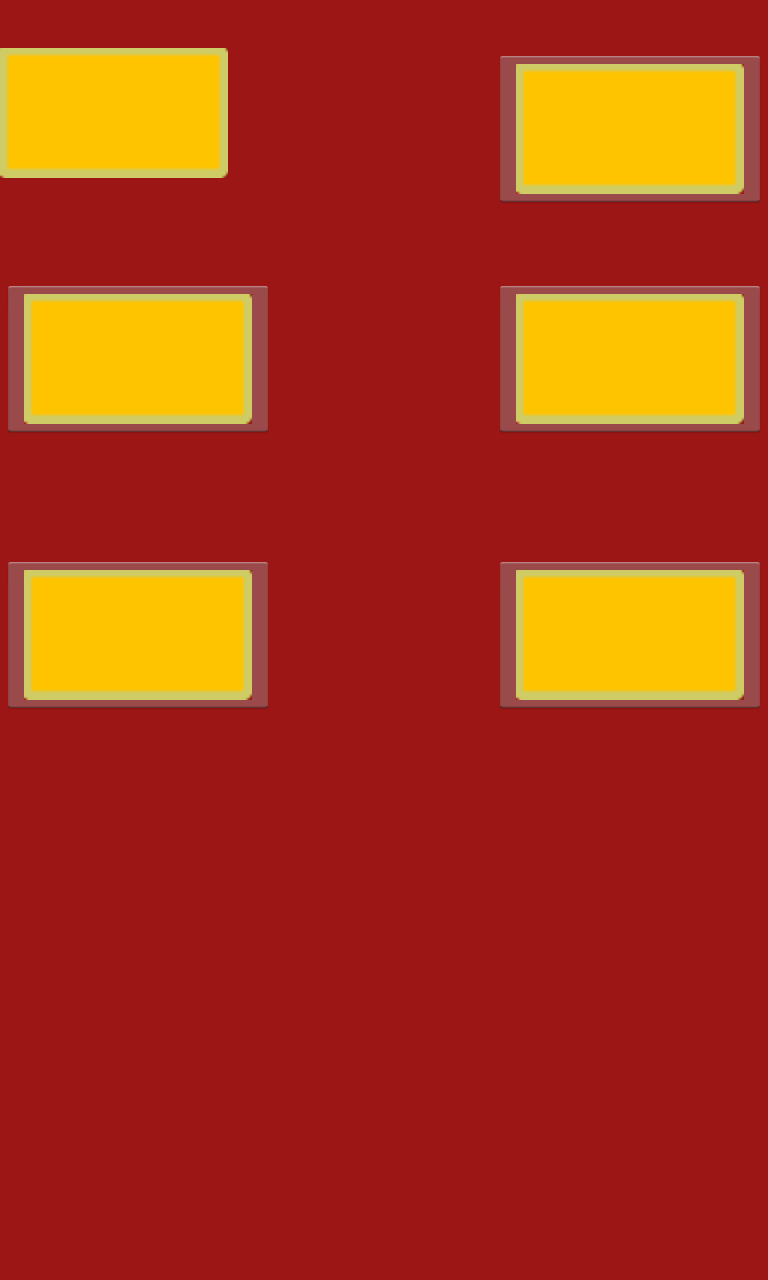
Repository: Ponokefalos/Order-Samos
Layout: Order@Samos/res/layout/activity_main_menu.xml
The author's editor kept a copy of each file at every save. The layout is drawn from the files as they stood at one save, then again after the next save.
It is drawn on a 768 x 1280 px phone screen (xhdpi) without system bars, with theme AppTheme; the app's code is not run.

Above is the layout before, as saved 2014-01-26 18:09:36.

After the next save:
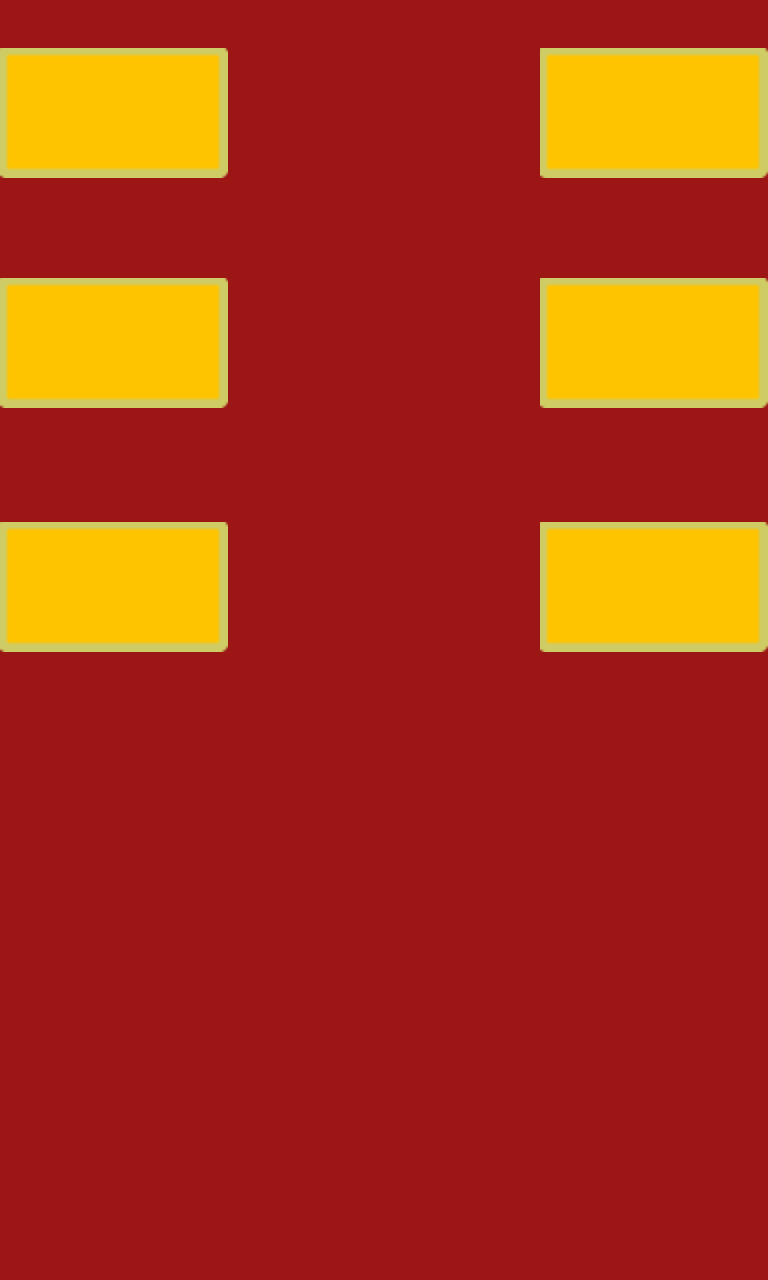
Saved 21 s later.
--- a/Order@Samos/res/layout/activity_main_menu.xml
+++ b/Order@Samos/res/layout/activity_main_menu.xml
@@ -30,6 +30,7 @@
 
             <ImageButton
                 android:id="@+id/imageButton2"
+                android:background="@null"
                 android:layout_width="wrap_content"
                 android:layout_height="wrap_content"
                 android:layout_alignParentRight="true"
@@ -38,6 +39,7 @@
 
             <ImageButton
                 android:id="@+id/imageButton3"
+                android:background="@null"
                 android:layout_width="wrap_content"
                 android:layout_height="wrap_content"
                 android:layout_alignParentLeft="true"
@@ -47,6 +49,7 @@
 
             <ImageButton
                 android:id="@+id/imageButton4"
+                android:background="@null"
                 android:layout_width="wrap_content"
                 android:layout_height="wrap_content"
                 android:layout_alignParentRight="true"
@@ -55,6 +58,7 @@
 
             <ImageButton
                 android:id="@+id/imageButton5"
+                android:background="@null"
                 android:layout_width="wrap_content"
                 android:layout_height="wrap_content"
                 android:layout_alignParentLeft="true"
@@ -64,6 +68,7 @@
 
             <ImageButton
                 android:id="@+id/imageButton6"
+                android:background="@null"
                 android:layout_width="wrap_content"
                 android:layout_height="wrap_content"
                 android:layout_alignParentRight="true"
